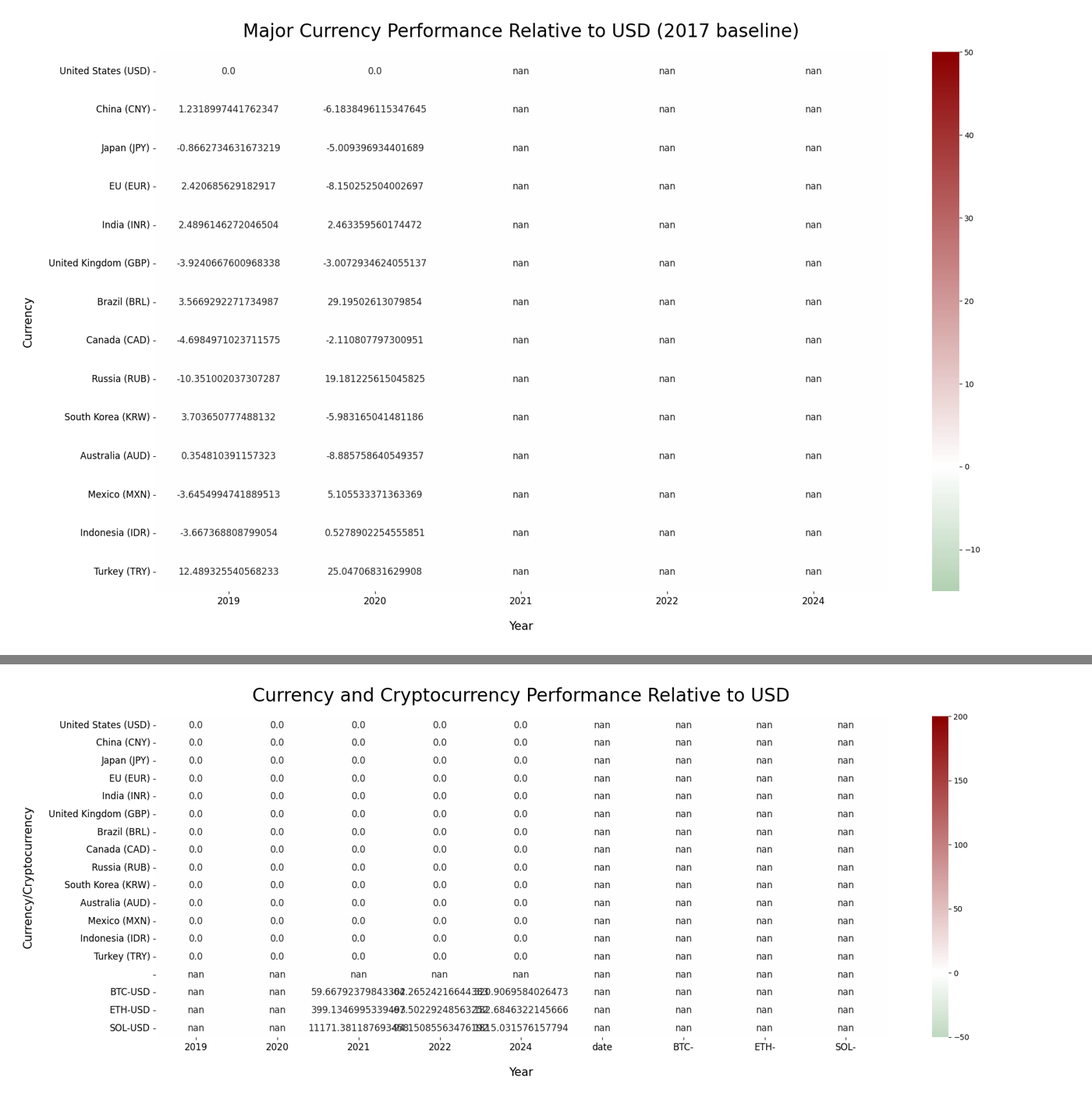
Repository: Lukeshirley/Global_Currencies_vs_USD
Script's output: python scripts/visualize_data.py
These files come from the project's save history. The script's output is drawn as it stood at one moment and after a run of saves; the edit follows.
The pictures are shown at 78% of full size.
Each picture stacks the figures in order, with grey between them; figures that are only written to a file come last. Figures wider than 1,400 px are first shrunk to that width. Random numbers start from a fixed seed.

Above is the script's output before, as saved 2024-07-29 06:34:07.

### scripts/visualize_data.py
import pandas as pd
import seaborn as sns
import matplotlib.pyplot as plt
from matplotlib.colors import LinearSegmentedColormap
import logging

# Set up logging
logging.basicConfig(level=logging.INFO)
logger = logging.getLogger(__name__)

def format_for_heatmap(value):
    try:
        return float(value.replace('%', ''))
    except:
        return 0

def load_data(csv_path):
    logger.info(f"Loading data from {csv_path}")
    df = pd.read_csv(csv_path)
    logger.info(f"Data columns: {df.columns.tolist()}")
    logger.info(f"Data head:\n{df.head()}")
    return df

def visualize_performance(df):
    # List of top 14 countries (and EU) by GDP and their currencies
    major_currencies = {
        'USD': 'United States',
        'CNY': 'China',
        'JPY': 'Japan',
        'EUR': 'EU',
        'INR': 'India',
        'GBP': 'United Kingdom',
        'BRL': 'Brazil',
        'CAD': 'Canada',
        'RUB': 'Russia',
        'KRW': 'South Korea',
        'AUD': 'Australia',
        'MXN': 'Mexico',
        'IDR': 'Indonesia',
        'TRY': 'Turkey'
    }

    # Filter only those currencies that are available in the dataset
    available_major_currencies = {k: v for k, v in major_currencies.items() if k in df.columns}

    # Filter the DataFrame to include only the major currencies
    df_filtered = df[['date'] + list(available_major_currencies.keys())]

    # Rename the columns to include country names
    df_filtered.columns = ['date'] + [f"{country} ({currency})" for currency, country in available_major_currencies.items()]

    # Transpose the DataFrame for proper visualization
    df_filtered.set_index('date', inplace=True)
    df_filtered = df_filtered.T

    # Convert the percentage values for heatmap visualization
    df_filtered_values = df_filtered.applymap(format_for_heatmap)

    # Custom colormap with clearer distinction
    colors = [(0, 'darkgreen'), (0.5, 'white'), (1, 'darkred')]
    cmap = LinearSegmentedColormap.from_list('custom_red_green', colors, N=256)

    plt.figure(figsize=(20, 12))
    sns.heatmap(df_filtered_values.fillna(0), annot=df_filtered, cmap=cmap, fmt="", linewidths=.5, cbar=True, annot_kws={"size": 12}, center=0, vmin=-15, vmax=50)
    plt.title('Major Currency Performance Relative to USD (2017 baseline)', fontsize=24, pad=20)
    plt.xlabel('Year', fontsize=15, labelpad=20)
    plt.ylabel('Currency', fontsize=15, labelpad=20)
    plt.xticks(ticks=[i + 0.5 for i in range(len(df_filtered.columns))], labels=[d[:4] for d in df_filtered.columns], rotation=0, ha='center', fontsize=12)
    plt.yticks(fontsize=12)
    plt.tight_layout(pad=3.0)
    plt.savefig('major_currency_performance_matrix.png', dpi=300)
    plt.show()

    # Visualize cryptocurrency data
    cryptos = ['BTC-USD', 'ETH-USD', 'SOL-USD']
    df_cryptos = df[['date'] + cryptos]

    # Add an empty row to separate fiat currencies and cryptocurrencies
    empty_row = pd.DataFrame(index=[''], columns=df_cryptos.columns)
    df_cryptos = pd.concat([df_filtered_values, empty_row, df_cryptos.set_index('date').T])

    # Convert the percentage values for heatmap visualization
    df_cryptos_values = df_cryptos.applymap(format_for_heatmap)

    plt.figure(figsize=(20, 8))
    sns.heatmap(df_cryptos_values.fillna(0), annot=df_cryptos, cmap=cmap, fmt="", linewidths=.5, cbar=True, annot_kws={"size": 12}, center=0, vmin=-50, vmax=200)
    plt.title('Currency and Cryptocurrency Performance Relative to USD', fontsize=24, pad=20)
    plt.xlabel('Year', fontsize=15, labelpad=20)
    plt.ylabel('Currency/Cryptocurrency', fontsize=15, labelpad=20)
    plt.xticks(ticks=[i + 0.5 for i in range(len(df_cryptos.columns))], labels=[d[:4] for d in df_cryptos.columns], rotation=0, ha='center', fontsize=12)
    plt.yticks(fontsize=12)
    plt.tight_layout(pad=3.0)
    plt.savefig('currency_crypto_performance_matrix.png', dpi=300)
    plt.show()

def main():
    csv_path = 'data/combined_performance.csv'
    df = load_data(csv_path)
    visualize_performance(df)

if __name__ == "__main__":
    main()

### data/combined_performance.csv
date,AED,AFN,ALL,AMD,ANG,AOA,ARS,AUD,AWG,AZN,BAM,BBD,BDT,BGN,BHD,BIF,BMD,BND,BOB,BRL,BSD,BTC,BTN,BWP,BYN,BZD,CAD,CDF,CHF,CLF,CLP,CNH,CNY,COP,CRC,CUC,CUP,CVE,CZK,DJF,DKK,DOP,DZD,EGP,ERN,ETB,EUR,FJD,FKP,GBP,GEL,GGP,GHS,GIP,GMD,GNF,GTQ,GYD,HKD,HNL,HRK,HTG,HUF,IDR,ILS,IMP,INR,IQD,IRR,ISK,JEP,JMD,JOD,JPY,KES,KGS,KHR,KMF,KPW,KRW,KWD,KYD,KZT,LAK,LBP,LKR,LRD,LSL,LYD,MAD,MDL,MGA,MKD,MMK,MNT,MOP,MRO,MRU,MUR,MVR,MWK,MXN,MYR,MZN,NAD,NGN,NIO,NOK,NPR,NZD,OMR,PAB,PEN,PGK,PHP,PKR,PLN,PYG,QAR,RON,RSD,RUB,RWF,SAR,SBD,SCR,SDG,SEK,SGD,SHP,SLL,SOS,SRD,SSP,STD,STN,SVC,SYP,SZL,THB,TJS,TMT,TND,TOP,TRY,TTD,TWD,TZS,UAH,UGX,USD,UYU,UZS,VEF,VES,VND,VUV,WST,XAF,XAG,XAU,XCD,XDR,XOF,XPD,XPF,XPT,YER,ZAR,ZMW,ZWL,BTC-USD,ETH-USD,SOL-USD
2019-12-31,0.01146270984451192,3.5199694173069007,0.5713638569061485,-1.3540200168402738,-4.988976519846489,56.25925529881044,59.087332181310636,0.35481039115732305,0.0002222227160508794,0.0,1.9386022467674735,0.0,1.471768076132829,2.0562979612622323,0.02493686198772327,4.596640123081874,0.0,-14.51736956800409,-0.13904079499162947,3.5669292271734987,0.0,-48.34863979916334,2.242143915878203,-1.2325187179923258,-2.6697893352407576,-0.0656549327483158,-4.6984971023711575,2.9787448043021136,-1.8233815421056287,10.456760551746914,6.577347401267497,1.265767535245077,1.2318997441762347,1.5230038271079493,-5.458665014313368,0.0,0.0,2.1636638074994385,1.1052582281078083,-0.014042971492767009,2.331295881070128,4.71500654471424,0.763635720856759,-10.308667319256049,-0.03841263069140899,13.053385779372562,2.420685629182917,0.16608719858162146,-3.9240667600968338,-3.9240667600968338,6.716417910447747,-3.9240667600968338,17.3747349029836,-3.9240667600968338,3.6452803478436824,4.5241173907313526,-0.35646496649685,-0.15241717644560726,-0.5441211079685315,1.0567196635458131,2.6340327422399668,23.050323339268488,5.475242721914619,-3.667368808799054,-7.62022181630485,-3.9240667600968338,2.4896146272046504,0.0946769941225778,0.0,4.2434291616457065,-3.9240667600968338,3.966202539882069,-0.08497709282514476,-0.8662734631673219,-0.5353542229037833,1.1542519918448457,1.2448814392059582,1.8506608457310225,0.0,3.703650777488132,-0.0715194420824461,-0.06416968624021191,-0.43099674755084916,3.965101416032768,0.20732264963823077,-0.9304233835270903,19.26285827598184,-2.5366863459545863,0.5093505439369483,0.09432757718470519,0.4215668776381465,5.866894593842731,1.9254247485158915,-4.52724650611227,10.057926928171156,-0.6568376237820028,0.0,3.721510316368648,5.97339352820927,-0.064618411784223,-5.0464070601567546,-3.6454994741889513,-1.0163339382940229,0.7203692262069294,-2.544306034451904,-0.32048971193415765,4.046709645773672,2.0780420867642535,2.3979749003948614,0.029845669655492735,-0.004415286240411209,0.0,-1.889597652447228,1.0367436631688154,-3.4575220857090416,10.741543876272242,1.7308206361935419,8.123321944017615,-0.0053279226539415525,5.010238091017083,1.5839201721850715,-10.351002037307289,6.381512301358616,-0.0038920359880068034,0.8086150621793964,0.3980247887039212,-5.225709538273515,4.85842897606914,-1.026715742387685,-3.9240667600968338,-10.750376090584036,0.03011495810671949,0.0,-0.0026100961590169725,2.4236382784917687,2.4447031431897415,-0.06042991141249621,-0.08829420759354223,-2.48328156049753,-7.902198168580544,2.782798760498162,0.00040000160002051643,-6.109926160109136,0.44445264900285775,12.489325540568231,-0.6245334557949067,-2.1813432911960584,-0.09970237928951242,-14.526802461422895,-1.2742300556232822,0.0,14.825145936841189,13.896031095856042,0.0,5150.3058596768,0.27442250141123115,3.7533827679537612,0.747519514177486,2.4205775336847424,-13.24946972687292,-15.448166155661891,0.0,0.7813012292937849,2.4205775336847424,-34.9145965686461,2.420577398170609,-17.461430016487324,0.019687920786415347,-2.439550874749763,17.956830373858534,-0.11013013227207935,,,
2020-12-31,-0.005227049983669296,-1.0272400463545828,-7.205028125825064,9.191738678048589,6.37265041966899,35.653955502284184,40.4974524027961,-8.885758640549357,0.0,0.0,-8.531539601061077,0.0,-0.2874649110543581,-8.232503986143136,-0.017504495472708825,3.205117673516833,0.0,-1.918284352991051,-0.2882609564150873,29.19502613079854,0.0,-75.25913735131513,2.357574187342082,2.107750008034137,23.85670265521216,0.002431423921223086,-2.110807797300951,16.91700246205732,-8.731961959892498,-3.727660210872641,-3.908614828079726,-6.540953694524665,-6.1838496115347645,4.654303594941522,6.740275997561196,-0.01949999999999452,0.0,-8.210846426761286,-5.284569810172091,-0.006508988764042378,-8.573958458398367,9.876652635170569,10.90134305603736,-1.848294260250738,0.010626867160223874,23.11718002234546,-8.150252504002697,-4.1387671360626825,-3.0072934624055137,-3.0072934624055137,14.860139860139876,-3.0072934624055137,3.0398421052631575,-3.0072934624055137,0.9853658536585375,4.5967585331470495,1.1692176760362605,0.0023894864432438823,-0.45066154804167535,-1.8302944371359375,-6.836104725782832,-23.700511762566624,0.5561058807433739,0.5278902254555851,-6.9822245382432975,-3.0072934624055137,2.4633595601744718,22.58915742931591,0.0,5.532146903522817,-3.0072934624055137,7.898367407039308,0.0,-5.009396934401689,7.650050662351937,19.0530135689855,-0.9773623278120924,-8.169035102948484,0.0,-5.983165041481186,0.30244362576146155,-0.004200712440827203,10.06174529059114,4.6375110329309965,0.0919607665156752,2.137590815161472,-12.45556601652803,4.687096554519887,-4.199160125095047,-7.028399062192814,-0.2005520916739001,4.8986672457884906,-8.482631497653692,-10.026053053654827,5.834225216428801,-0.4260985386078553,0.0,-4.038878417656811,9.206393215291486,-0.3236245954692518,4.485068589408292,5.105533371363369,-0.9778755653342852,21.664534108508214,4.750981104534557,6.669966129996063,3.2437971454646775,-2.493026894643746,2.2042102009596887,-6.549976244828127,-0.018700861538301083,0.0,9.197814434495033,3.658131553559296,-5.129954681537829,3.4143227744384275,-2.239847599027789,7.1866276413694585,0.006866245536940596,-6.611939406089629,-8.162778493392498,19.181225615045825,5.099119326512103,0.0008530821859364934,-3.635074209690836,54.75820867197791,22.31450719822814,-12.108263324757951,-1.9960705812574142,-3.0072934624055137,34.79788933906249,0.13977211521476463,89.78278358809331,0.0,-5.430193165463793,-7.613636363636367,-0.0006629592006812679,-0.31149439264940293,4.643010271570591,1.0003211329743689,16.923010054376242,0.0,-2.9009009009008935,-0.4893951261776497,25.047068316299082,0.004097516150780578,-6.0702704509744905,0.911925227219057,19.559402824625028,-0.24695043974883868,0.0,13.495447298101016,10.195587938104577,0.0,3202.2556856571896,0.057492116804946924,-5.309727584333379,-4.0768565120337446,-8.150189784186146,-32.31931918650531,-20.071613891881224,0.0,-4.014934526471126,-8.150189784186146,-20.749313226956577,-8.150189315052781,-10.074497240128167,0.023322152624571935,4.651735434554527,50.40680783740106,-3.105590007379533e-07,,,
2021-12-31,,,,,,,,,,,,,,,,,,,,,,,,,,,,,,,,,,,,,,,,,,,,,,,,,,,,,,,,,,,,,,,,,,,,,,,,,,,,,,,,,,,,,,,,,,,,,,,,,,,,,,,,,,,,,,,,,,,,,,,,,,,,,,,,,,,,,,,,,,,,,,,,,,,,,,,,,,,,,,,,,,,,,,,,,,,,59.66792379843302,399.13469953394934,11171.381187693458
2022-12-31,,,,,,,,,,,,,,,,,,,,,,,,,,,,,,,,,,,,,,,,,,,,,,,,,,,,,,,,,,,,,,,,,,,,,,,,,,,,,,,,,,,,,,,,,,,,,,,,,,,,,,,,,,,,,,,,,,,,,,,,,,,,,,,,,,,,,,,,,,,,,,,,,,,,,,,,,,,,,,,,,,,,,,,,,,,,-64.26524216644383,-67.50229248563252,-94.15085563476191
2024-07-29,,,,,,,,,,,,,,,,,,,,,,,,,,,,,,,,,,,,,,,,,,,,,,,,,,,,,,,,,,,,,,,,,,,,,,,,,,,,,,,,,,,,,,,,,,,,,,,,,,,,,,,,,,,,,,,,,,,,,,,,,,,,,,,,,,,,,,,,,,,,,,,,,,,,,,,,,,,,,,,,,,,,,,,,,,,,320.9069584026473,182.6846322145666,1815.031576157794

After the next 3 saves:
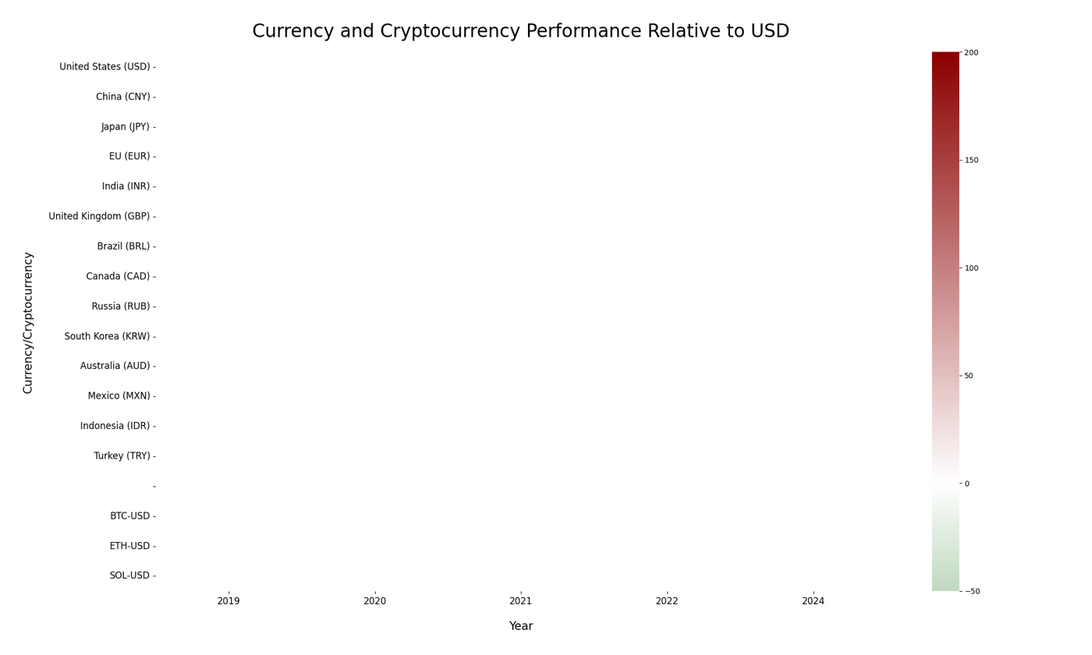
The 3 saves are shown as one change because 2 did not build or start.
The last was saved 4 min 30 s later.
--- a/scripts/visualize_data.py
+++ b/scripts/visualize_data.py
@@ -12,7 +12,7 @@ def format_for_heatmap(value):
     try:
         return float(value.replace('%', ''))
     except:
-        return 0
+        return float('nan')
 
 def load_data(csv_path):
     logger.info(f"Loading data from {csv_path}")
@@ -40,14 +40,17 @@ def visualize_performance(df):
         'TRY': 'Turkey'
     }
 
+    # Cryptocurrencies
+    cryptocurrencies = ['BTC-USD', 'ETH-USD', 'SOL-USD']
+
     # Filter only those currencies that are available in the dataset
     available_major_currencies = {k: v for k, v in major_currencies.items() if k in df.columns}
 
     # Filter the DataFrame to include only the major currencies
-    df_filtered = df[['date'] + list(available_major_currencies.keys())]
+    df_filtered = df[['date'] + list(available_major_currencies.keys()) + cryptocurrencies]
 
     # Rename the columns to include country names
-    df_filtered.columns = ['date'] + [f"{country} ({currency})" for currency, country in available_major_currencies.items()]
+    df_filtered.columns = ['date'] + [f"{country} ({currency})" for currency, country in available_major_currencies.items()] + cryptocurrencies
 
     # Transpose the DataFrame for proper visualization
     df_filtered.set_index('date', inplace=True)
@@ -60,34 +63,25 @@ def visualize_performance(df):
     colors = [(0, 'darkgreen'), (0.5, 'white'), (1, 'darkred')]
     cmap = LinearSegmentedColormap.from_list('custom_red_green', colors, N=256)
 
+    # Separate fiat currencies and cryptocurrencies for visualization
+    df_currencies = df_filtered_values.loc[[f"{country} ({currency})" for currency, country in available_major_currencies.items()]]
+    df_cryptos = df_filtered_values.loc[cryptocurrencies]
+
+    # Create an empty DataFrame to separate the two
+    empty_row = pd.DataFrame([[''] * df_currencies.shape[1]], columns=df_currencies.columns, index=[''])
+
+    # Concatenate the dataframes
+    df_combined = pd.concat([df_currencies, empty_row, df_cryptos])
+
+    # Ensure all values are float for heatmap
+    df_combined = df_combined.apply(pd.to_numeric, errors='coerce')
+
     plt.figure(figsize=(20, 12))
-    sns.heatmap(df_filtered_values.fillna(0), annot=df_filtered, cmap=cmap, fmt="", linewidths=.5, cbar=True, annot_kws={"size": 12}, center=0, vmin=-15, vmax=50)
-    plt.title('Major Currency Performance Relative to USD (2017 baseline)', fontsize=24, pad=20)
-    plt.xlabel('Year', fontsize=15, labelpad=20)
-    plt.ylabel('Currency', fontsize=15, labelpad=20)
-    plt.xticks(ticks=[i + 0.5 for i in range(len(df_filtered.columns))], labels=[d[:4] for d in df_filtered.columns], rotation=0, ha='center', fontsize=12)
-    plt.yticks(fontsize=12)
-    plt.tight_layout(pad=3.0)
-    plt.savefig('major_currency_performance_matrix.png', dpi=300)
-    plt.show()
-
-    # Visualize cryptocurrency data
-    cryptos = ['BTC-USD', 'ETH-USD', 'SOL-USD']
-    df_cryptos = df[['date'] + cryptos]
-
-    # Add an empty row to separate fiat currencies and cryptocurrencies
-    empty_row = pd.DataFrame(index=[''], columns=df_cryptos.columns)
-    df_cryptos = pd.concat([df_filtered_values, empty_row, df_cryptos.set_index('date').T])
-
-    # Convert the percentage values for heatmap visualization
-    df_cryptos_values = df_cryptos.applymap(format_for_heatmap)
-
-    plt.figure(figsize=(20, 8))
-    sns.heatmap(df_cryptos_values.fillna(0), annot=df_cryptos, cmap=cmap, fmt="", linewidths=.5, cbar=True, annot_kws={"size": 12}, center=0, vmin=-50, vmax=200)
+    sns.heatmap(df_combined, annot=df_combined, cmap=cmap, fmt="", linewidths=.5, cbar=True, annot_kws={"size": 12}, center=0, vmin=-50, vmax=200)
     plt.title('Currency and Cryptocurrency Performance Relative to USD', fontsize=24, pad=20)
     plt.xlabel('Year', fontsize=15, labelpad=20)
     plt.ylabel('Currency/Cryptocurrency', fontsize=15, labelpad=20)
-    plt.xticks(ticks=[i + 0.5 for i in range(len(df_cryptos.columns))], labels=[d[:4] for d in df_cryptos.columns], rotation=0, ha='center', fontsize=12)
+    plt.xticks(ticks=[i + 0.5 for i in range(len(df_combined.columns))], labels=[d[:4] for d in df_combined.columns], rotation=0, ha='center', fontsize=12)
     plt.yticks(fontsize=12)
     plt.tight_layout(pad=3.0)
     plt.savefig('currency_crypto_performance_matrix.png', dpi=300)
